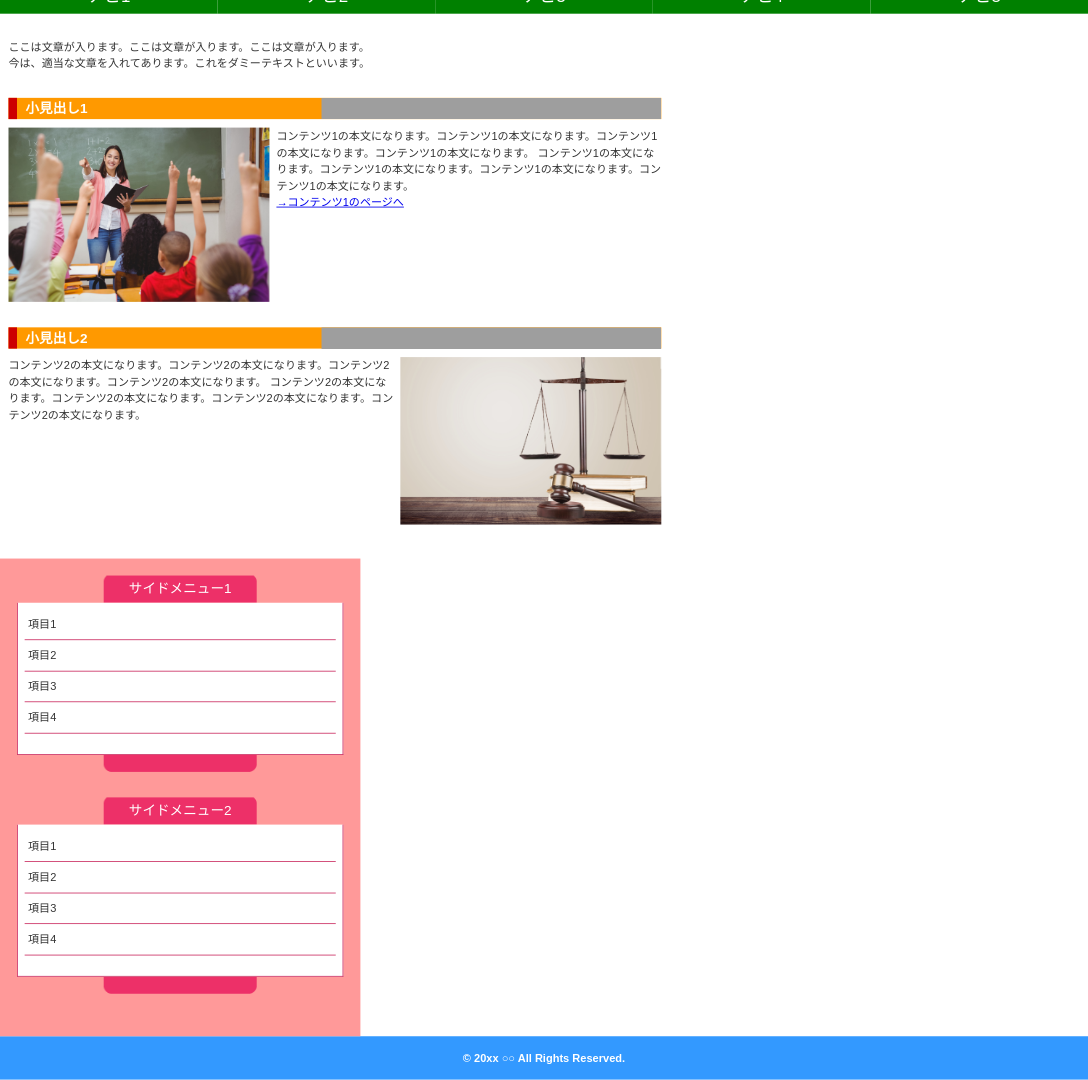
Repository: Kaede-1/samurai_HTML-CSS
Page: webpege/index.html
The author's editor kept a record of every edit. The page is drawn from the files as they stood at one moment, then again after the next edit.
The browser window is 1280 px wide. The pictures show the part of the page from y = 986 to 2256 px (the page is 2256 px tall before and 1667 px after), at 85% of full size.
Pictures or frames that could not be fetched are drawn as grey boxes. A picture or video elsewhere on the page could not be fetched, so the positions and the page height are approximate.

Above is the page before.

After the next edit:
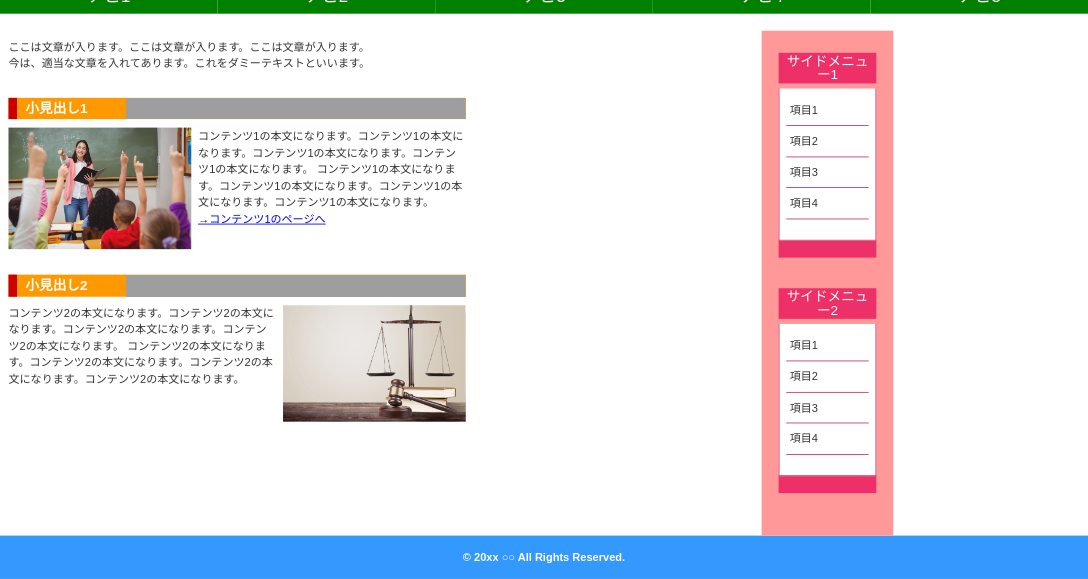
The edit:
--- a/webpege/stylesheet.css
+++ b/webpege/stylesheet.css
@@ -80,7 +80,7 @@
 	padding-top: 20px;
 	clear: both;
 	display: grid;
-	grid-template-columns:70
+	grid-template-columns: 70vw 30vw;
 }
 /* -------------------- main -------------------- */
 #main {
